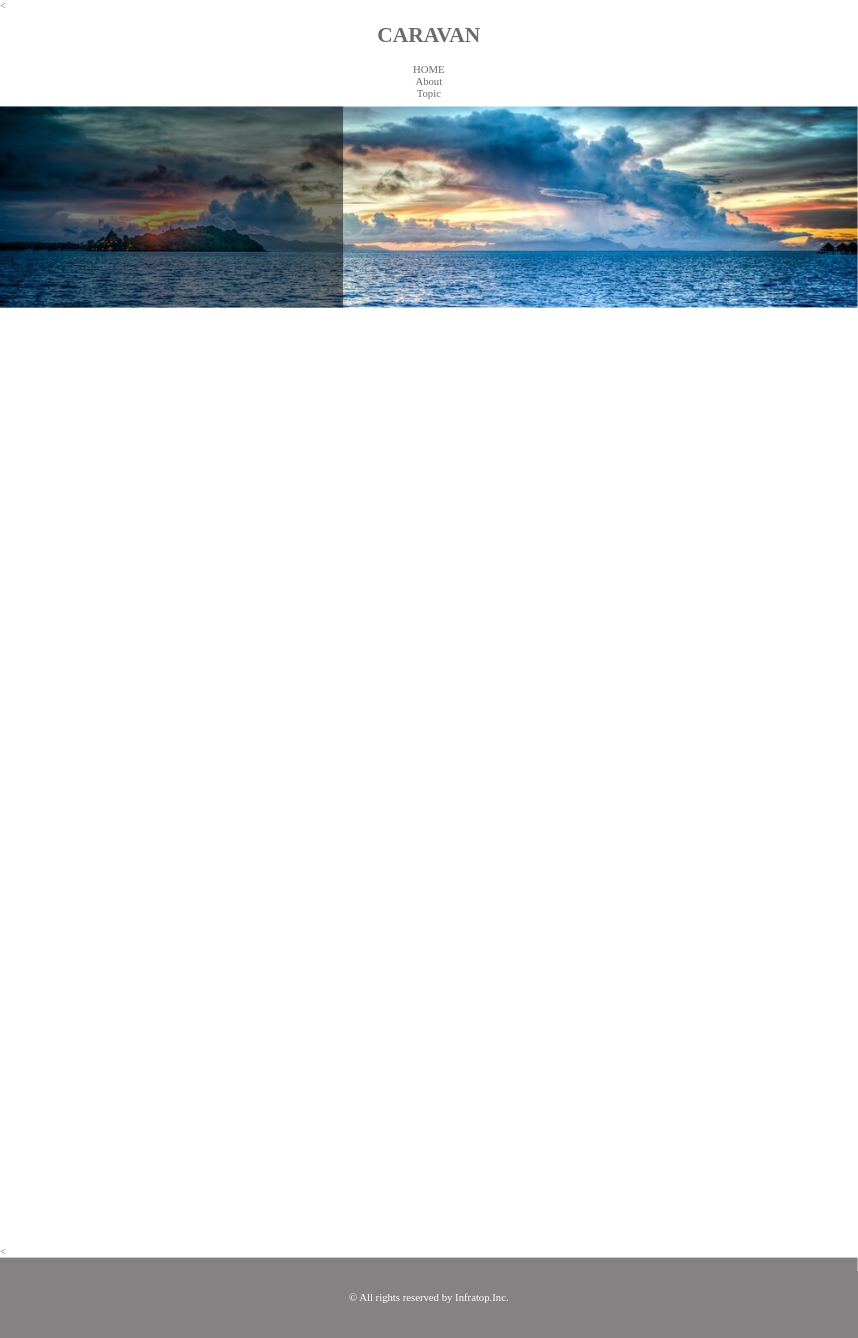
Repository: YabuYoshi/Bookers1
Page: carvan/index.html
The author's editor kept a record of every edit. The page is drawn from the files as they stood at one moment, then again after the next edit.
The browser window is 1280 px wide. The pictures show the whole page, at 67% of full size.

Above is the page before.

### carvan/index.html
<!DOCTYPE html>
<html lang="ja">
  <head>
    <meta charset="UTF-8" />
    <!-- CSSファイルの読み込み -->
    <link rel="stylesheet" href="style.css" />
    <title>CARAVAN</title>
  </head>

  <body>
    <<header>
      <h1 class="heading">
        <a href="index.html">
          CARAVAN
        </a>
      </h1>
    </header>

    <nab>
      <ul class="nav-list">
        <li class="nav-list-item">
          <a href="index.html">HOME</a>
        </li>
        <li class="nav-list-item">About</li>
        <li class="nav-list-item">Topic</li>
      </ul>
    </nab>

    <div class="main-visual">
      <div class="main-visual-content"></div>
    </div>
    <div class="main">
      <div class="blog"></div>
      <div class="sidebar"></div>
    </div>
    <<footer>
      <p class="footer-text">© All rights reserved by Infratop.Inc.</p>
    </footer>

  </body>
</html>

### carvan/style.css
* {
  margin: 0;
  padding: 0;
  box-sizing: border-box;
  color: #6c6b6b;
}

a {
  text-decoration: none;
}

header {
  width: 90%;
  padding: 15px 0;
  margin: 0 auto;
  text-align: center;
}

header .heading {
  font-size: 32px;
}

.nav-list {
  text-align: center;
  padding: 10px 0;
  margin: 0 auto;
}

.navi-list-item {
  list-style: none;
  display: inline-block;
  margin: 0 20px;
}

.main-visual {
  width: 100%;
  height: 300px;
  background-image: url(img/img/mv.jpg);
  background-size: cover;
  background-position: center;
}

.main-visual-content {
  width: 40%;
  height: 300px;
  background-color: rgba(0,0,0,0.5);
  text-align: center;
  padding-top: 105px;
}

.main-visual-text{
  color: #fff;
}

.main-visual-name{
  margin-top: 30px;
  color: #fff;
}

.main {
  width: 840px;
  display: flex;
  justify-content: center;
  margin: 0 auto;
}

.blog {
  width: 600px; /* 横幅600px */
  height: 1400px; /* 高さ1400px */
}

.sidebar {
  width: 240px; /* 横幅240px */
  height: 1400px; /* 高さ1400px */
}

footer{
  width: 100%;
  height: 120px;
  text-align: center;
  line-height: 120px;
  background-color: #848282;
}

.footer-text {
  color: #fff;
}

After the next edit:
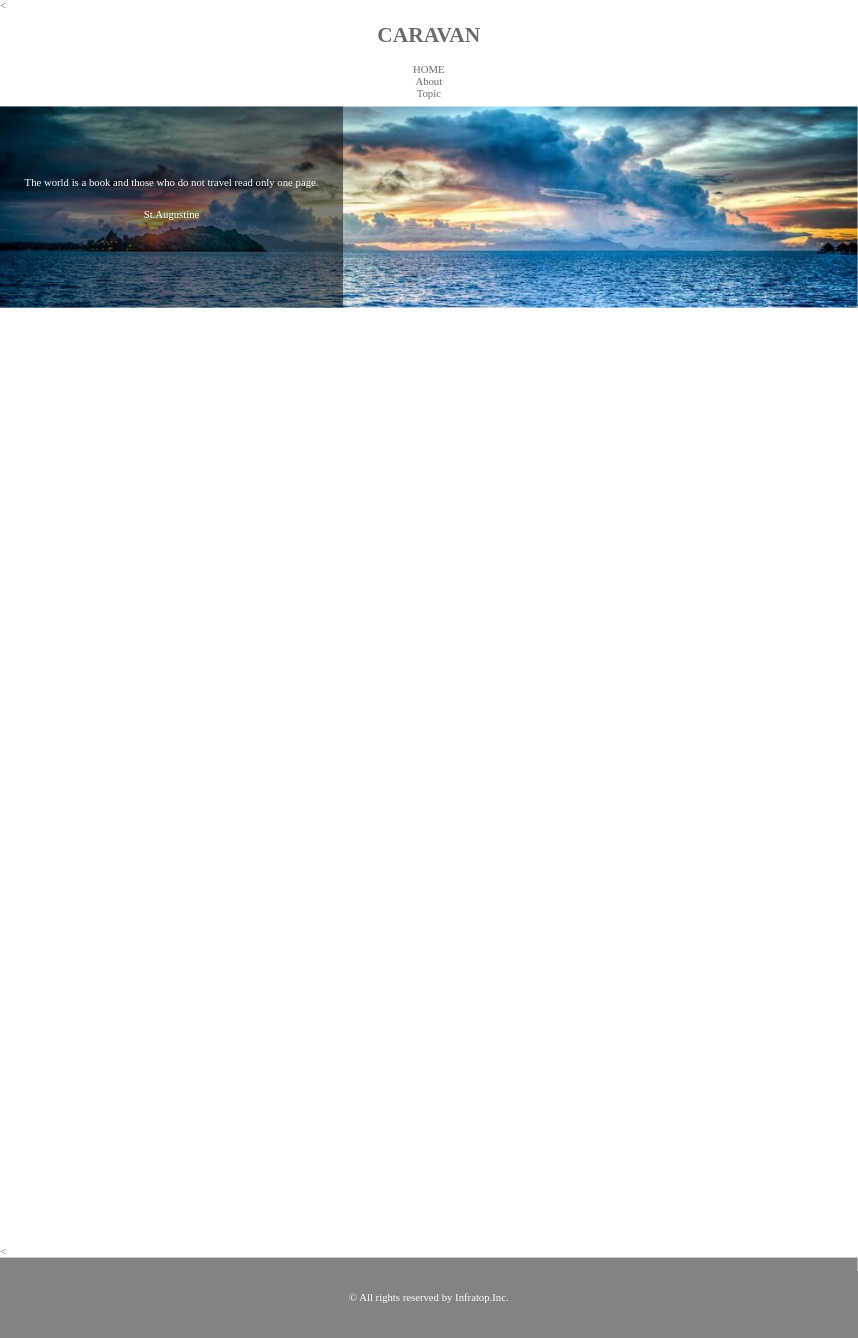
The edit:
--- a/carvan/index.html
+++ b/carvan/index.html
@@ -27,7 +27,14 @@
     </nab>
 
     <div class="main-visual">
-      <div class="main-visual-content"></div>
+      <div class="main-visual-content">
+        <p class="main-visual-text">
+          The world is a book and those who do not travel read only one page.
+        </p>
+        <p class="main-visual-name">
+          St.Augustine
+        </p>
+      </div>
     </div>
     <div class="main">
       <div class="blog"></div>
